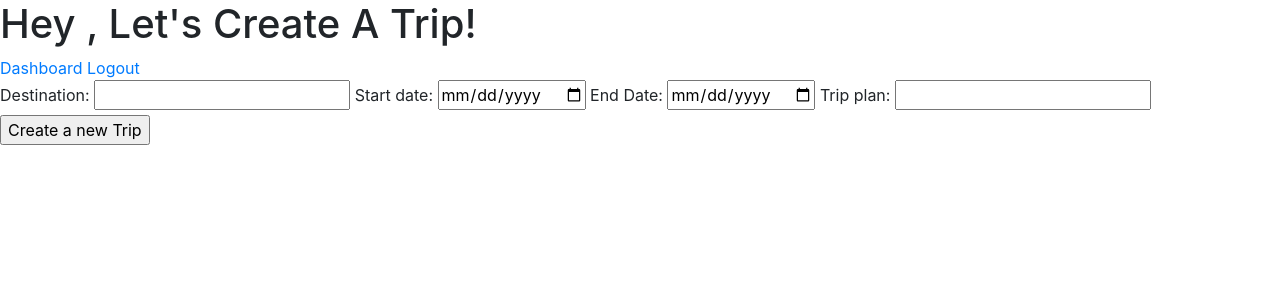
Repository: chasepiercephoto/TripBuddy
Page: Main/templates/new_trip.html
The author's editor kept a copy of each file at every save. The page is drawn from the files as they stood at one save, then again after the next save.
The browser window is 1280 px wide. The pictures show the whole page.
The page is served by the project's application, run on Django 2.2 (manage.py). Other server files are loaded and not shown. The template is opened directly, without the code that normally fills it, so the values that code supplies are empty.

Above is the page before, as saved 2020-06-24 14:47:59.

### Main/templates/new_trip.html
<!doctype html>
<html lang="en">
  <head>
    <title>Create a New Trip!</title>
    <!-- Required meta tags -->
    <meta charset="utf-8">
    <meta name="viewport" content="width=device-width, initial-scale=1, shrink-to-fit=no">

    <!-- Bootstrap CSS -->
    <link rel="stylesheet" href="https://stackpath.bootstrapcdn.com/bootstrap/4.3.1/css/bootstrap.min.css" integrity="sha384-ggOyR0iXCbMQv3Xipma34MD+dH/1fQ784/j6cY/iJTQUOhcWr7x9JvoRxT2MZw1T" crossorigin="anonymous">
  </head>
  <body>
    <h1>Hey {{user.first_name}}, Let's Create A Trip!</h1>
    {% if messages %}
        <ul class="messages">
            {% for message in messages %}
                <li {% if message.tags %} class="{{ message.tags }}"{% endif %}>{{ message }}</li>
            {% endfor %}
        </ul>
    {% endif %}
    <a href="/dashboard">Dashboard</a>
    <a href="/logout">Logout</a>
    <form action="trip/new" method="POST">
        {% csrf_token %}
        <label for="title">Destination:</label>
        <input type="text" name="destination">
        <label for="location">Start date:</label>
        <input type="date" name="start_date">
        <label for="enddate">End Date:</label>
        <input type="date" name="end_date">
        <label for="plan">Trip plan:</label>
        <input type="textarea" name="plan">
        <input type="submit" value="Create a new Trip">
        </form>

    <!-- Optional JavaScript -->
    <!-- jQuery first, then Popper.js, then Bootstrap JS -->
    <script src="https://code.jquery.com/jquery-3.3.1.slim.min.js" integrity="sha384-q8i/X+965DzO0rT7abK41JStQIAqVgRVzpbzo5smXKp4YfRvH+8abtTE1Pi6jizo" crossorigin="anonymous"></script>
    <script src="https://cdnjs.cloudflare.com/ajax/libs/popper.js/1.14.7/umd/popper.min.js" integrity="sha384-UO2eT0CpHqdSJQ6hJty5KVphtPhzWj9WO1clHTMGa3JDZwrnQq4sF86dIHNDz0W1" crossorigin="anonymous"></script>
    <script src="https://stackpath.bootstrapcdn.com/bootstrap/4.3.1/js/bootstrap.min.js" integrity="sha384-JjSmVgyd0p3pXB1rRibZUAYoIIy6OrQ6VrjIEaFf/nJGzIxFDsf4x0xIM+B07jRM" crossorigin="anonymous"></script>
  </body>
</html>

### Tripbuddy/urls.py
"""Tripbuddy URL Configuration

The `urlpatterns` list routes URLs to views. For more information please see:
    https://docs.djangoproject.com/en/2.2/topics/http/urls/
Examples:
Function views
    1. Add an import:  from my_app import views
    2. Add a URL to urlpatterns:  path('', views.home, name='home')
Class-based views
    1. Add an import:  from other_app.views import Home
    2. Add a URL to urlpatterns:  path('', Home.as_view(), name='home')
Including another URLconf
    1. Import the include() function: from django.urls import include, path
    2. Add a URL to urlpatterns:  path('blog/', include('blog.urls'))
"""
from django.urls import path, include

urlpatterns = [
    path('', include('Main.urls'))
]

### Main/urls.py
from django.urls import path
from . import views

urlpatterns = [
    path('', views.index),
    path('register', views.register),
    path('login', views.login),
    path('logout', views.logout),
    path('dashboard', views.dashboard),
    path('newtrip', views.new_trip_form),
    path('trip/new', views.new_trip),
    path('trip_info/<int:id>', views.trip_info),
    path('trip/update/<int:id>', views.edit_trip),
    path('trip/edit/<int:id>', views.tripEdit),
    path('trip/remove/<int:id>', views.remove_trip)
]

After the next save:
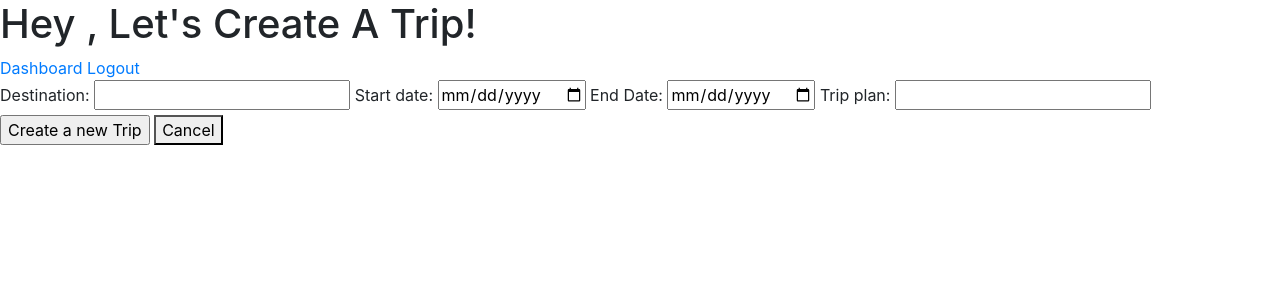
Saved 21 s later.
--- a/Main/templates/new_trip.html
+++ b/Main/templates/new_trip.html
@@ -31,6 +31,7 @@
         <label for="plan">Trip plan:</label>
         <input type="textarea" name="plan">
         <input type="submit" value="Create a new Trip">
+        <button type="submit" formaction="/dashboard">Cancel</button>
         </form>
 
     <!-- Optional JavaScript -->
